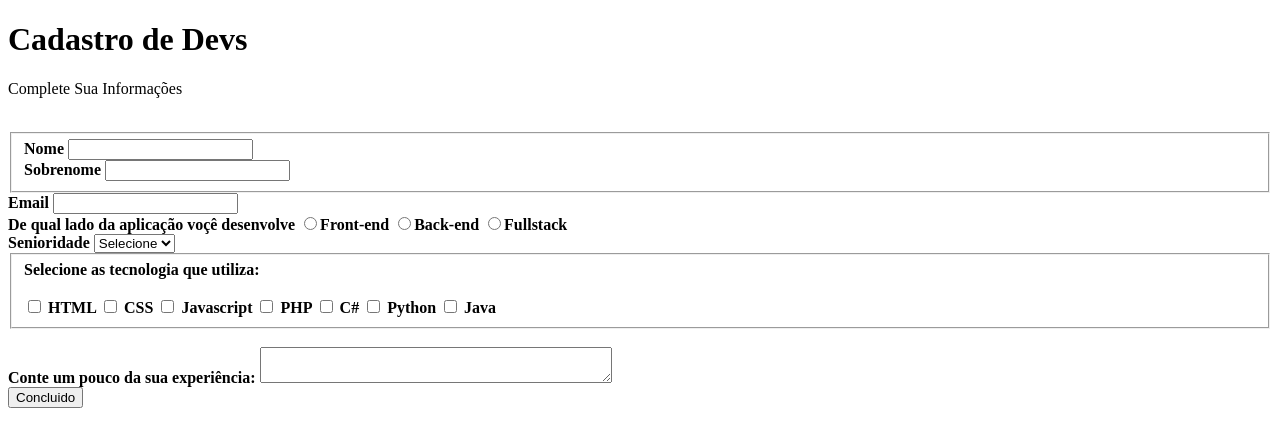
Repository: 2020francesco/formulario
Page: formulario.html
The author's editor kept a copy of each file at every save. The page is drawn from the files as they stood at one save, then again after the next save.
The browser window is 1280 px wide. The pictures show the whole page.

Above is the page before, as saved 2021-04-20 12:22:11.

### formulario.html
<!DOCTYPE html>
<html lang="en">
  <head>
    <meta charset="utf-8">
    <meta name="viewport" content="width=device-width, initial-scale=1.0">

    <title>Cadastro</title>
  </head>
  <body>

    <div>
      <h1 id="titulo">Cadastro de Devs</h1>
      <p id="subtitulo">Complete Sua Informações</p>
      <br>
    </div>

    <form>
      <fieldset class="grupo">
        <div>
          <label for="nome"><strong>Nome</strong></label>
          <input type="text" name="nome" id="nome">
        </div>

        <div>
          <label for="sobrenome"><strong>Sobrenome</strong></label>
          <input type="text" name="sobrenome" id="sobrenome">
        </div>
      </fieldset>

      <div class="campo">
        <label for="email"><strong>Email</strong></label>
        <input type="email" name="email" id="email">
      </div>

      <div>
        <label><strong>De qual lado da aplicação voçê desenvolve</label>
        <label>
          <input type="radio" name="devweb" value="frontend">Front-end
        </label>

        <label>
          <input type="radio" name="devweb" value="backend">Back-end
        </label>

        <label>
          <input type="radio" name="devweb" value="fullstack">Fullstack
        </label>
      </div>

      <div class="campo">
        <label>Senioridade</label>
        <select id="senioridade">
          <option selected disabled value="">Selecione</option>
          <option>Júnior</option>
          <option>Pleno</option>
          <option>Senior</option>
        </select>
      </div>

      <fieldset class="grupo">
        <div class="campo">
          <label>Selecione as tecnologia que utiliza: </label><br><br>
          <input type="checkbox" name="tecnologia1" value="HTML">
          <label for="tecnologia1">HTML</label>
          <input type="checkbox" name="tecnologia2" value="CSS">
          <label for="tecnologia2">CSS</label>
          <input type="checkbox" name="tecnologia3" value="Javascript">
          <label for="tecnologia3">Javascript</label>
          <input type="checkbox" name="tecnologia4" value="PHP">
          <label for="tecnologia4">PHP</label>
          <input type="checkbox" name="tecnologia5" value="C#">
          <label for="tecnologia5">C#</label>
          <input type="checkbox" name="tecnologia6" value="Python">
          <label for="tecnologia6">Python</label>
          <input type="checkbox" name="tecnologia7" value="Java">
          <label for="tecnologia7">Java</label>
        </div>
      </fieldset>

      <div class="campo">
        <br>
        <label>Conte um pouco da sua experiência: </label>
        <textarea row="6" style="width: 26em" id="experiencia" name="experiencia"></textarea>
      </div>

      <button class="botao" type="submit">Concluido</button>
    </form>

    <script>alert('Cadastro realizado com sucesso')</script>

  </body>
</html>

After the next save:
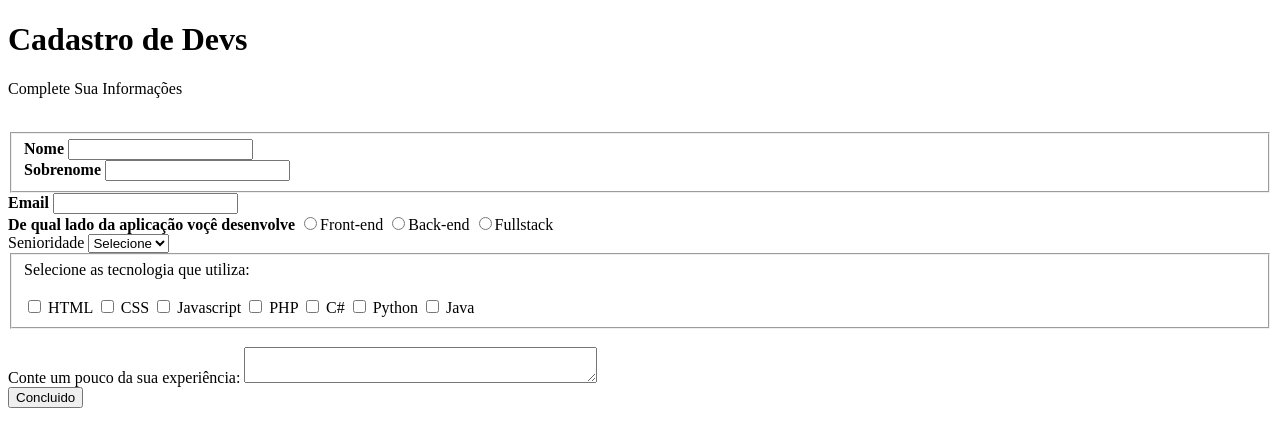
Saved 6 s later.
--- a/formulario.html
+++ b/formulario.html
@@ -33,7 +33,7 @@
       </div>
 
       <div>
-        <label><strong>De qual lado da aplicação voçê desenvolve</label>
+        <label><strong>De qual lado da aplicação voçê desenvolve</strong></label>
         <label>
           <input type="radio" name="devweb" value="frontend">Front-end
         </label>
